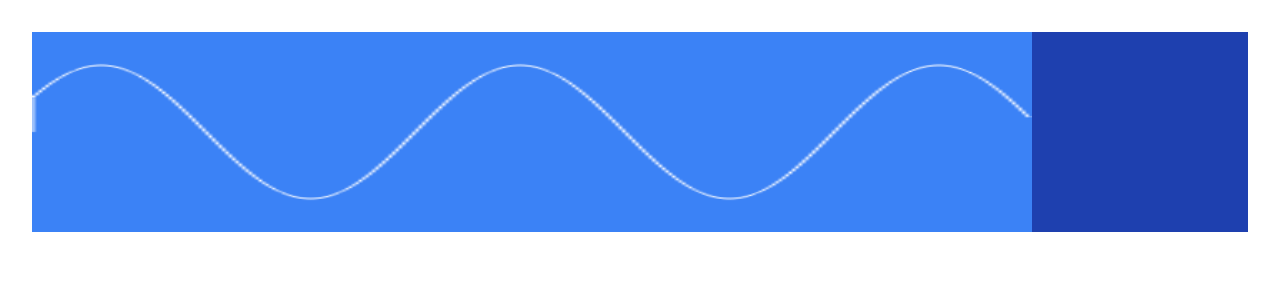
Repository: TMuse333/quantum-experiments
Page: /
The author's editor kept a copy of each file at every save. The page is drawn from the files as they stood at one save, then again after the next save.
The browser window is 1280 px wide. The pictures show the whole page.
The project was rebuilt for these pictures with package versions that can differ from the ones it lists, and the page was loaded fresh each time. Also part of the build but not shown: vite.config.ts.

Above is the page before, as saved 2024-06-08 18:04:13.

### src/App.tsx
import { useState } from 'react'
import reactLogo from './assets/react.svg'
import viteLogo from '/vite.svg'
import './App.css'
import SineWave from './components/wave/wave'

function App() {
  const [count, setCount] = useState(0)

  return (
    <>
    <div className='bg-blue-800'>


     <SineWave/>
     </div>
    </>
  )
}

export default App

### src/components/wave/wave.tsx
import React, { useRef, useEffect } from 'react';

const SineWave: React.FC = () => {
  const canvasRef = useRef<HTMLCanvasElement | null>(null);

  useEffect(() => {
    const canvas = canvasRef.current;
    if (!canvas) return;

    const c = canvas.getContext('2d');
    if (!c) return;

    const wave = {
      amplitude: 50,
      frequency: 0.05, // Slower wave
      speed: 0.03, // Slower speed
      xOffset: 0,
      yOffset: canvas.height / 2,
      waveColor: '#fff'
    };

    const draw = () => {
      c.clearRect(0, 0, canvas.width, canvas.height);
      c.beginPath();
      c.moveTo(0, wave.yOffset);
      for (let x = 0; x < canvas.width; x++) {
        const y = wave.yOffset + Math.sin(x * wave.frequency + wave.xOffset) * wave.amplitude;
        c.lineTo(x, y);
      }
      c.strokeStyle = wave.waveColor;
      c.stroke();
      wave.xOffset += wave.speed;
      requestAnimationFrame(draw);
    };

    draw();

    // const resizeHandler = () => {
    //   canvas.width = window.innerWidth;
    //   canvas.height = window.innerHeight;

    // };

    // window.addEventListener('resize', resizeHandler);

    // return () => {
    //   window.removeEventListener('resize', resizeHandler);
    // };
  }, []);

  return  (
    <div className='w-screen bg-blue-500
    h-[200px] max-w-[1000px]'>


  <canvas className='h-full ml-auto mr-auto w-full'
   ref={canvasRef} />
     </div>
  )
};

export default SineWave;

Loaded but not shown: index.html (common file); src/main.tsx (common file); src/index.css (common file); src/App.css (common file); tailwind.config.js (common file)

After the next save:
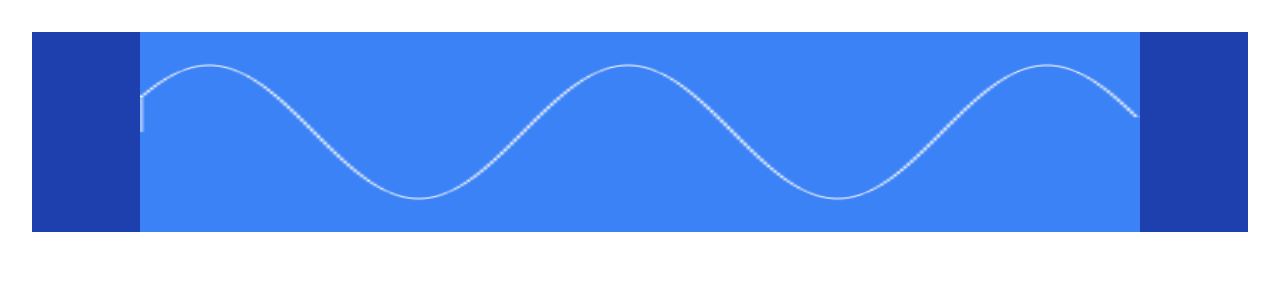
Saved 11 s later.
--- a/src/components/wave/wave.tsx
+++ b/src/components/wave/wave.tsx
@@ -50,7 +50,7 @@ const SineWave: React.FC = () => {
 
   return  (
     <div className='w-screen bg-blue-500
-    h-[200px] max-w-[1000px]'>
+    h-[200px] max-w-[1000px] ml-auto mr-auto'>
 
 
   <canvas className='h-full ml-auto mr-auto w-full'
